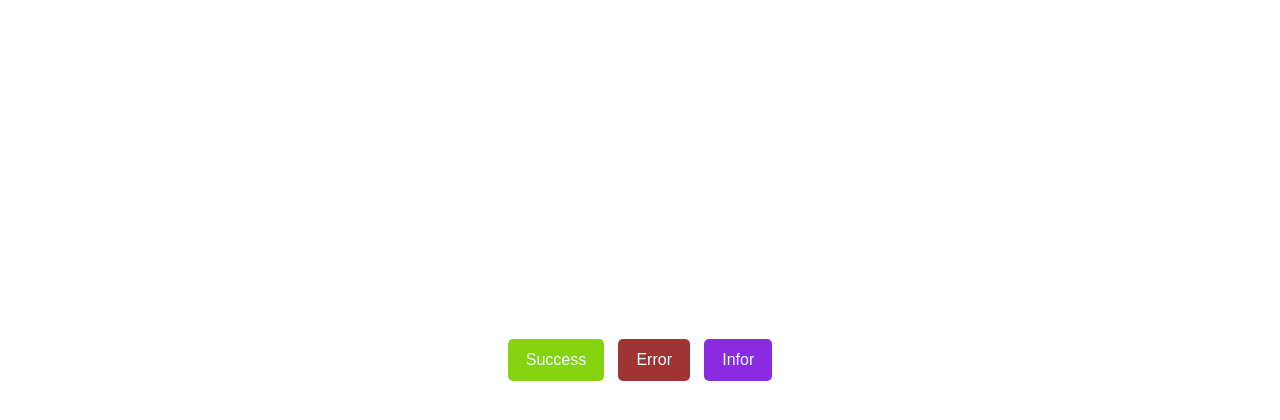
Repository: thuynguyen0964/Toast-Cooler
Page: index.html
The author's editor kept a copy of each file at every save. The page is drawn from the files as they stood at one save, then again after a run of saves.
The browser window is 1280 px wide. The pictures show the whole page.

Above is the page before, as saved 2023-01-26 21:42:57.

After the next 3 saves:
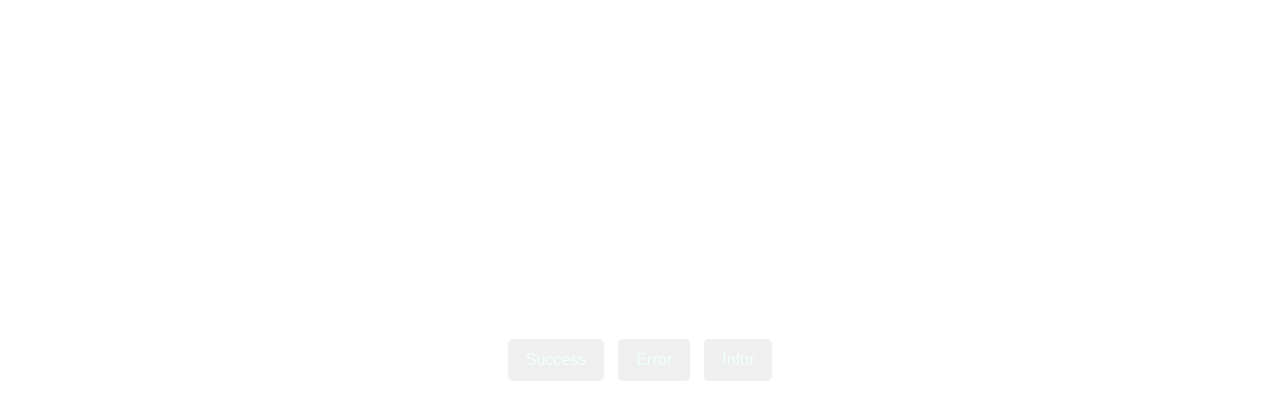
The 3 saves are shown as one change because they came seconds apart.
The last was saved 18 h 50 min later.
--- a/index.html
+++ b/index.html
@@ -20,9 +20,9 @@
 
     </ul>
     <div class="button__set">
-        <button class="btn" id="success">Success</button>
-        <button class="btn" id="error">Error</button>
-        <button class="btn" id="infor">Infor</button>
+        <button class="btn" id="Success">Success</button>
+        <button class="btn" id="Error">Error</button>
+        <button class="btn" id="Infor">Infor</button>
     </div>
 
     <script src="./app/main.js"></script>

After the 4 saves that followed:
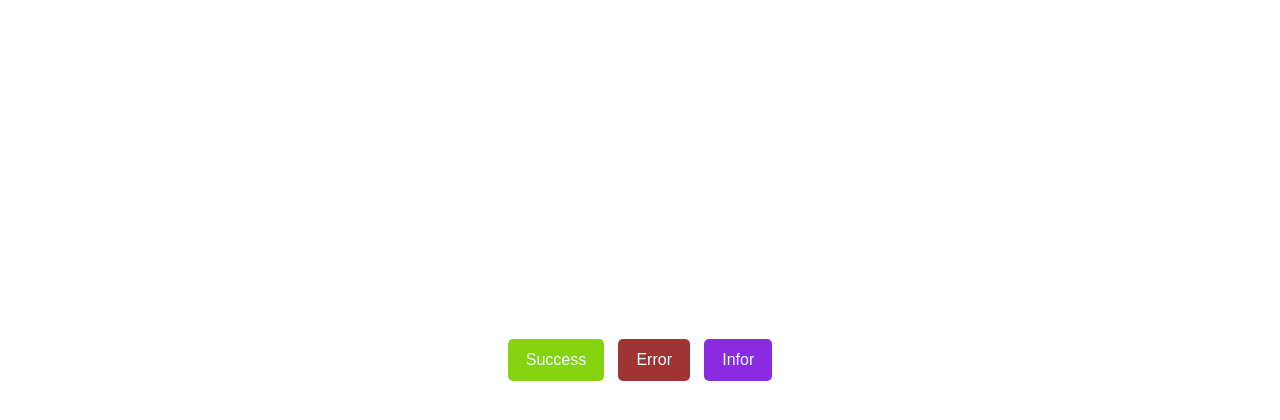
The 4 saves are shown as one change because they came seconds apart.
The last was saved 33 s later.
--- a/app/style.css
+++ b/app/style.css
@@ -75,13 +75,13 @@ body{
 .btn:active{
     transform: scale(0.8);
 }
-.btn#success{
+.btn#Success{
     background-color: #86d410;
 }
-.btn#error{
+.btn#Error{
     background-color: #a03333;
 }
-.btn#infor{
+.btn#Infor{
     background-color: blueviolet;
 }
 @keyframes fadeout {
